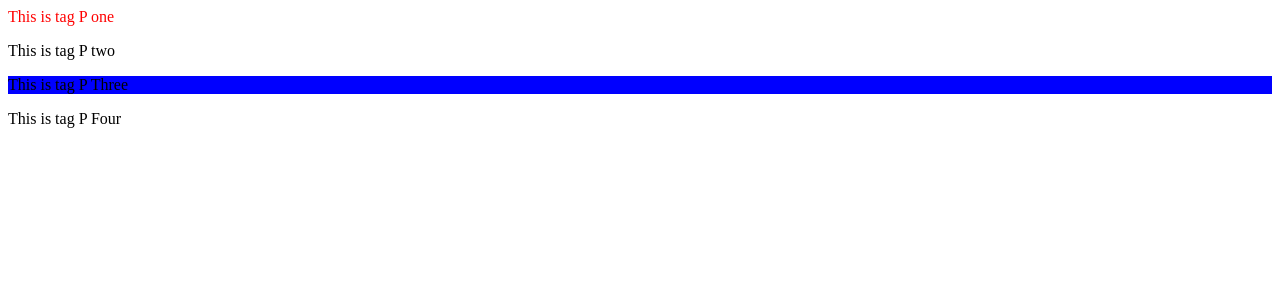
Repository: VDHBK/Learn-JS
Page: JS-Huy/DOM/DOM_HTML.html
An editor plug-in stored every save of this project. The page is shown before and after the next save, followed by the edit.
The browser window is 1280 px wide. The pictures show the whole page.

Above is the page before, as saved 2020-10-16 01:01:03.

### JS-Huy/DOM/DOM_HTML.html
<html>
	<head>
	</head>
	<body>
            <p id="title">This is tag P one </p>
            <p id="email">This is tag P two </p>
            <p>This is tag P Three </p>
            <p>This is tag P Four </p>

        <script>
            let tagObject = document.getElementsByTagName("p");
            tagObject[0].style.color = "red";
            tagObject[2].style.backgroundColor = "blue";
		</script>
	</body>
</html>

After the next save:
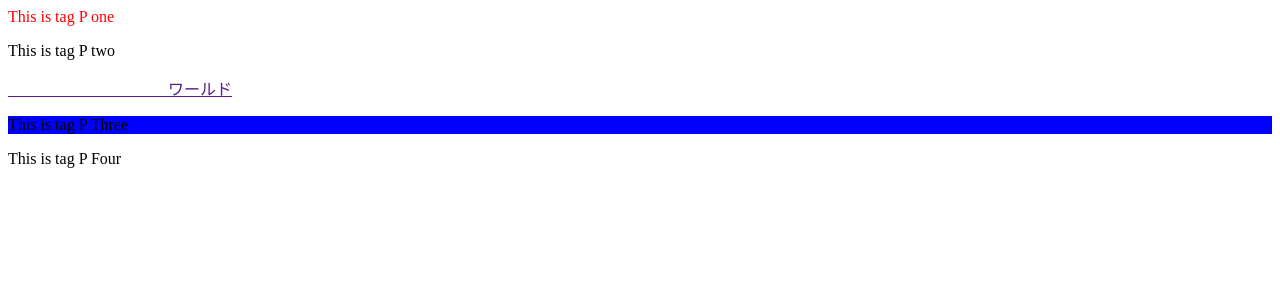
Saved 46 s later.
--- a/JS-Huy/DOM/DOM_HTML.html
+++ b/JS-Huy/DOM/DOM_HTML.html
@@ -4,6 +4,9 @@
 	<body>
             <p id="title">This is tag P one </p>
             <p id="email">This is tag P two </p>
+            <a href="">
+　　　　　　　　　　ワールド
+            </a>
             <p>This is tag P Three </p>
             <p>This is tag P Four </p>
 
